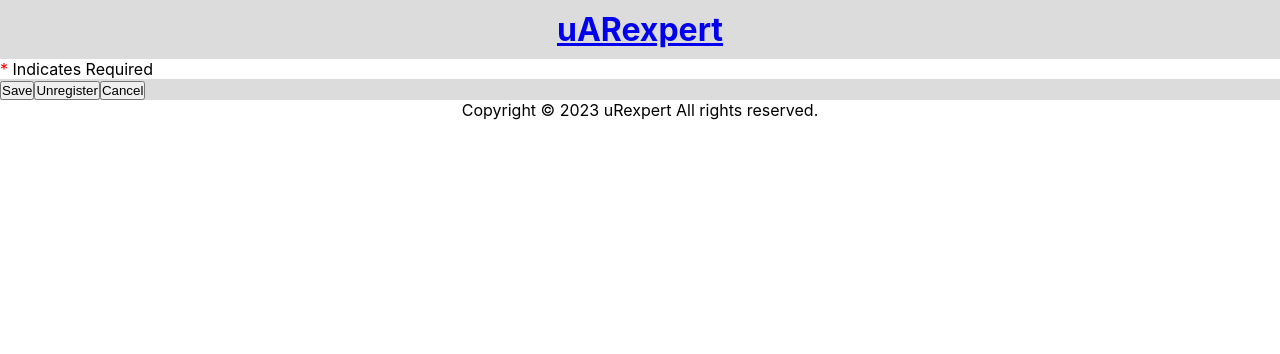
Repository: onionNguyen/Senior-Design-Project
Page: /profile/edit (app in frontend/)
These files come from the project's save history. The page is drawn as it stood at one moment and after the next save; the edit follows.
The browser window is 1280 px wide. The pictures show the whole page.
The page's requests for data from a server got no answer. The project was rebuilt for these pictures with package versions that can differ from the ones it lists, and the page was loaded fresh each time. No one was signed in, and anything a server would have sent is missing. Also part of the build but not shown: frontend/src/components/pages/login/Login.module.css, frontend/src/components/pages/login/Login.js, frontend/src/components/sidenav/SideNav.module.css, frontend/src/components/sidenav/SideNav.js, frontend/src/components/pages/home/Home.module.css, frontend/src/components/pages/error/Unauthorized.js, frontend/src/components/pages/home/Home.js, frontend/src/components/pages/registration/Register.module.css and 4 more.

Above is the page before, as saved 2023-10-27 01:19:01.

### frontend/src/index.css
* {
  box-sizing: border-box;
  margin: 0;
  padding: 0;
}

body {
  font-family: -apple-system, BlinkMacSystemFont, "Segoe UI", "Roboto", "Oxygen",
    "Ubuntu", "Cantarell", "Fira Sans", "Droid Sans", "Helvetica Neue",
    sans-serif;
  -webkit-font-smoothing: antialiased;
  -moz-osx-font-smoothing: grayscale;
}

code {
  font-family: source-code-pro, Menlo, Monaco, Consolas, "Courier New",
    monospace;
}

### frontend/src/App.js
import { BrowserRouter as Router, Routes, Route } from "react-router-dom";
import EditProfile from "./components/pages/edit-user-profile/EditProfile";
import Login from "./components/pages/login/Login";
import Home from "./components/pages/home/Home";
import Register from "./components/pages/registration/Register";
import { AuthContext } from "./helpers/AuthContext";
import { useState, useEffect } from "react";
import axios from "axios";
import NotFound from "./components/pages/error/NotFound";
import Calendar from "./components/pages/calendar/Calendar";
import RemoteViewing from "./components/pages/remote-viewing/RemoteViewing";

function App() {
  const [authState, setAuthState] = useState({
    id: 0,
    name: "",
    email: "",
    status: false,
  });

  useEffect(() => {
    axios
      .get("http://localhost:5000/auth", {
        headers: {
          accessToken: localStorage.getItem("accessToken"),
        },
      })
      .then((response) => {
        console.log(response.data);
        if (response.data.error) {
          setAuthState({
            ...authState,
            status: false,
          });
        } else {
          setAuthState({
            id: response.data.id,
            name: response.data.name,
            email: response.data.email,
            status: true,
          });
        }
      });
  }, [authState]);

  return (
    <AuthContext.Provider value={{ authState, setAuthState }}>
      <Router>
        <Routes>
          <Route path="/" exact element={<Home />} />
          <Route path="/register" exact element={<Register />} />
          <Route path="/login" exact element={<Login />} />
          <Route path="/profile/edit" exact element={<EditProfile />} />
          <Route path="/calendar" exact element={<Calendar />} />
          <Route path="/remote-viewing" exact element={<RemoteViewing />} />
          <Route path="*" exact element={<NotFound />} />
        </Routes>
      </Router>
    </AuthContext.Provider>
  );
}

export default App;

### frontend/src/components/pages/edit-user-profile/EditProfile.js
import React, { useState, useEffect } from "react";
import { useNavigate } from "react-router-dom";
import axios from "axios";
import Footer from "../../footer/Footer";
import Header from "../../header/Header";
import Input from "../../form/Input";
import styles from "./EditProfile.module.css";
import IndicatesRequired from "../../form/IndicatesRequired";
import MessageRibbon from "../../form/MessageRibbon";

const EditUserProfile = () => {
  const navigate = useNavigate();

  const [formData, setFormData] = useState({
    first_name: "",
    middle_name: "",
    last_name: "",
    country_name: "",
    mobile_phone: "",
    work_phone: "",
    home_phone: "",
    email: "",
  });

  const [errorMessages, setErrorMessages] = useState([]);
  const [countryCodes, setCountryCodes] = useState([]);

  useEffect(() => {
    // Assume you might fetch the user's current profile here as well
    axios
      .get("http://localhost:5000/countries")
      .then((response) => {
        setCountryCodes(response.data.countries);
      })
      .catch((error) => {
        console.error("Error fetching country codes:", error);
      });
  }, []);

  const handleInputChange = (event) => {
    const { name, value } = event.target;
    setFormData({ ...formData, [name]: value });
  };

  const handleSaveChanges = (event) => {
    event.preventDefault();

    // Your data validation logic here, e.g., ensuring required fields have values, etc.

    axios
      .put("http://localhost:5000/updateProfile", formData)
      .then((response) => {
        console.log(response.data);
        // Navigate or display a success message
      })
      .catch((error) => {
        console.error("Error updating user profile:", error);
      });
  };

  const handleUnregister = () => {
    // Logic to unregister the user
  };

  const handleCancel = () => {
    navigate("/dashboard"); // or wherever you want to redirect the user
  };

  return (
    <div>
      <Header />
      <MessageRibbon messageList={errorMessages} />
      <IndicatesRequired />
      <form onSubmit={handleSaveChanges} noValidate>
        <div className={styles["form-container"]}>
          {/* ... Place all your Input components from your earlier form here ... */}
        </div>
        <div className={styles["button-ribbon"]}>
          <button type="submit">Save</button>
          <button onClick={handleUnregister}>Unregister</button>
          <button onClick={handleCancel}>Cancel</button>
        </div>
      </form>
      <Footer />
    </div>
  );
};

export default EditUserProfile;

### frontend/src/components/footer/Footer.js
import React from "react";
import styles from "./Footer.module.css";

const Footer = () => {
  return (
    <div className={styles["footer"]}>
      <p>Copyright &copy; 2023 uRexpert All rights reserved.</p>
    </div>
  );
};

export default Footer;

### frontend/src/components/header/Header.js
import React from "react";
import styles from "./Header.module.css";
import { useContext } from "react";
import { AuthContext } from "../../helpers/AuthContext";
import { useNavigate, Link } from "react-router-dom";

const Header = () => {
  const { authState, setAuthState } = useContext(AuthContext);
  const navigate = useNavigate();

  const logout = () => {
    localStorage.removeItem("accessToken");
    setAuthState({
      id: 0,
      name: "",
      email: "",
      status: false,
    });
    navigate("/login");
  };

  return (
    <div className={styles["header"]}>
      <Link to="/">
        <h1>uARexpert</h1>
      </Link>
      {authState.status && <h2>{authState.name}</h2>}
      {authState.status && <button onClick={logout}>Logout</button>}
    </div>
  );
};

export default Header;

### frontend/src/components/pages/edit-user-profile/EditProfile.module.css
.form-container {
  display: flex;
}

.form-sub-container {
  width: 50%;
}

.button-ribbon {
  background-color: gainsboro;
}

### frontend/src/components/form/IndicatesRequired.js
import React from "react";
import styles from "./Form.module.css";

const IndicatesRequired = () => {
  return (
    <div>
      <span className={styles["required"]}>* </span>
      <span>Indicates Required</span>
    </div>
  );
};

export default IndicatesRequired;

### frontend/src/components/form/MessageRibbon.js
import React from "react";

const MessageRibbon = ({ messageList }) => {
  return (
    <>
      <ul>
        {messageList.map((message, index) => {
          return <li key={index}>{message}</li>;
        })}
      </ul>
    </>
  );
};

export default MessageRibbon;

### frontend/src/components/header/Header.module.css
.header {
  display: flex;
  justify-content: center;
  align-items: center;
  background-color: gainsboro;
  padding: 10px 20px;
}

.left-aligned {
  display: flex;
  align-items: center;
}

#logo img {
  margin-right: 15px; /* Adjust as needed */
}

### frontend/src/components/form/Form.module.css
.display-block {
  display: block;
}

.required {
  color: red;
}

### frontend/src/components/form/Input.js
import React from "react";
import styles from "./Form.module.css";

const Input = ({
  label,
  type,
  name,
  value,
  onChange,
  required,
  countryCodes,
}) => {
  return (
    <>
      <label className={styles["display-block"]} htmlFor={name}>
        {required && <span className={styles["required"]}>* </span>}
        {label}
      </label>
      {type === "select" && (
        <select
          name={name}
          id={name}
          value={value}
          onChange={(e) => onChange(e)}
          required={required}
        >
          <option value="" disabled hidden>
            Select an option
          </option>
          {countryCodes.map((countryCode, index) => (
            <option key={index} value={countryCode.name}>
              {countryCode.name} ({countryCode.code})
            </option>
          ))}
        </select>
      )}
      {(type === "text" || type === "email" || type === "password") && (
        <input
          className={styles["display-block"]}
          type={type}
          name={name}
          id={name}
          value={value}
          onChange={(e) => onChange(e)}
          required={required}
        />
      )}
    </>
  );
};

export default Input;

Loaded but not shown: frontend/public/index.html (common file); frontend/src/index.js (common file); frontend/src/reportWebVitals.js (common file); frontend/src/helpers/AuthContext.js (common file); frontend/src/components/footer/Footer.module.css (common file)

After the next save:
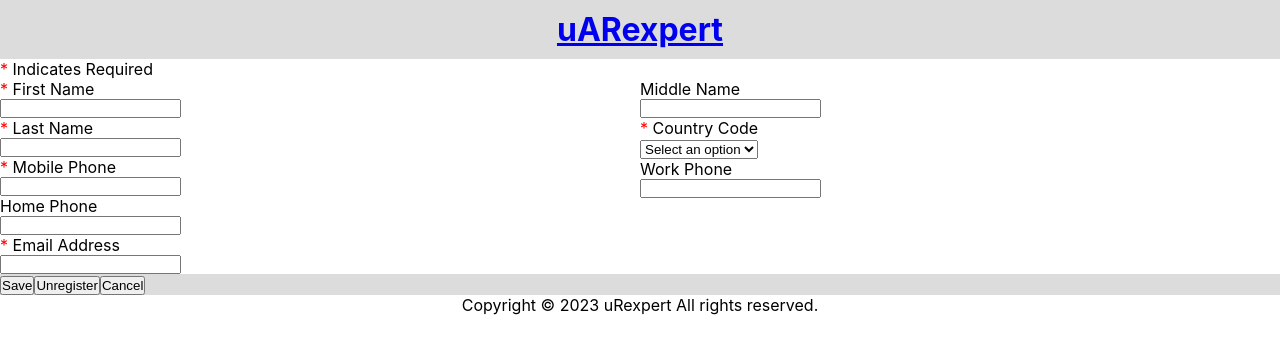
Saved 2 min 18 s later.
--- a/frontend/src/components/pages/edit-user-profile/EditProfile.js
+++ b/frontend/src/components/pages/edit-user-profile/EditProfile.js
@@ -72,9 +72,78 @@
       <MessageRibbon messageList={errorMessages} />
       <IndicatesRequired />
       <form onSubmit={handleSaveChanges} noValidate>
-        <div className={styles["form-container"]}>
-          {/* ... Place all your Input components from your earlier form here ... */}
-        </div>
+      <div className={styles["form-container"]}>
+    <div className={styles["form-sub-container"]}>
+        <Input
+            label={"First Name"}
+            type={"text"}
+            name={"first_name"}
+            value={formData.first_name}
+            onChange={handleInputChange}
+            required={true}
+        />
+        <Input
+            label={"Last Name"}
+            type={"text"}
+            name={"last_name"}
+            value={formData.last_name}
+            onChange={handleInputChange}
+            required={true}
+        />
+        <Input
+            label={"Mobile Phone"}
+            type={"text"}
+            name={"mobile_phone"}
+            value={formData.mobile_phone}
+            onChange={handleInputChange}
+            required={true}
+        />
+        <Input
+            label={"Home Phone"}
+            type={"text"}
+            name={"home_phone"}
+            value={formData.home_phone}
+            onChange={handleInputChange}
+            required={false}
+        />
+        <Input
+            label={"Email Address"}
+            type={"email"}
+            name={"email"}
+            value={formData.email}
+            onChange={handleInputChange}
+            required={true}
+        />
+    </div>
+    <div className={styles["form-sub-container"]}>
+        <Input
+            label={"Middle Name"}
+            type={"text"}
+            name={"middle_name"}
+            value={formData.middle_name}
+            onChange={handleInputChange}
+            required={false}
+        />
+        <Input
+            label={"Country Code"}
+            type={"select"}
+            name={"country_name"}
+            value={formData.country_name}
+            onChange={handleInputChange}
+            required={true}
+            countryCodes={countryCodes}
+        />
+        <Input
+            label={"Work Phone"}
+            type={"text"}
+            name={"work_phone"}
+            value={formData.work_phone}
+            onChange={handleInputChange}
+            required={false}
+        />
+    </div>
+</div>
+
         <div className={styles["button-ribbon"]}>
           <button type="submit">Save</button>
           <button onClick={handleUnregister}>Unregister</button>
